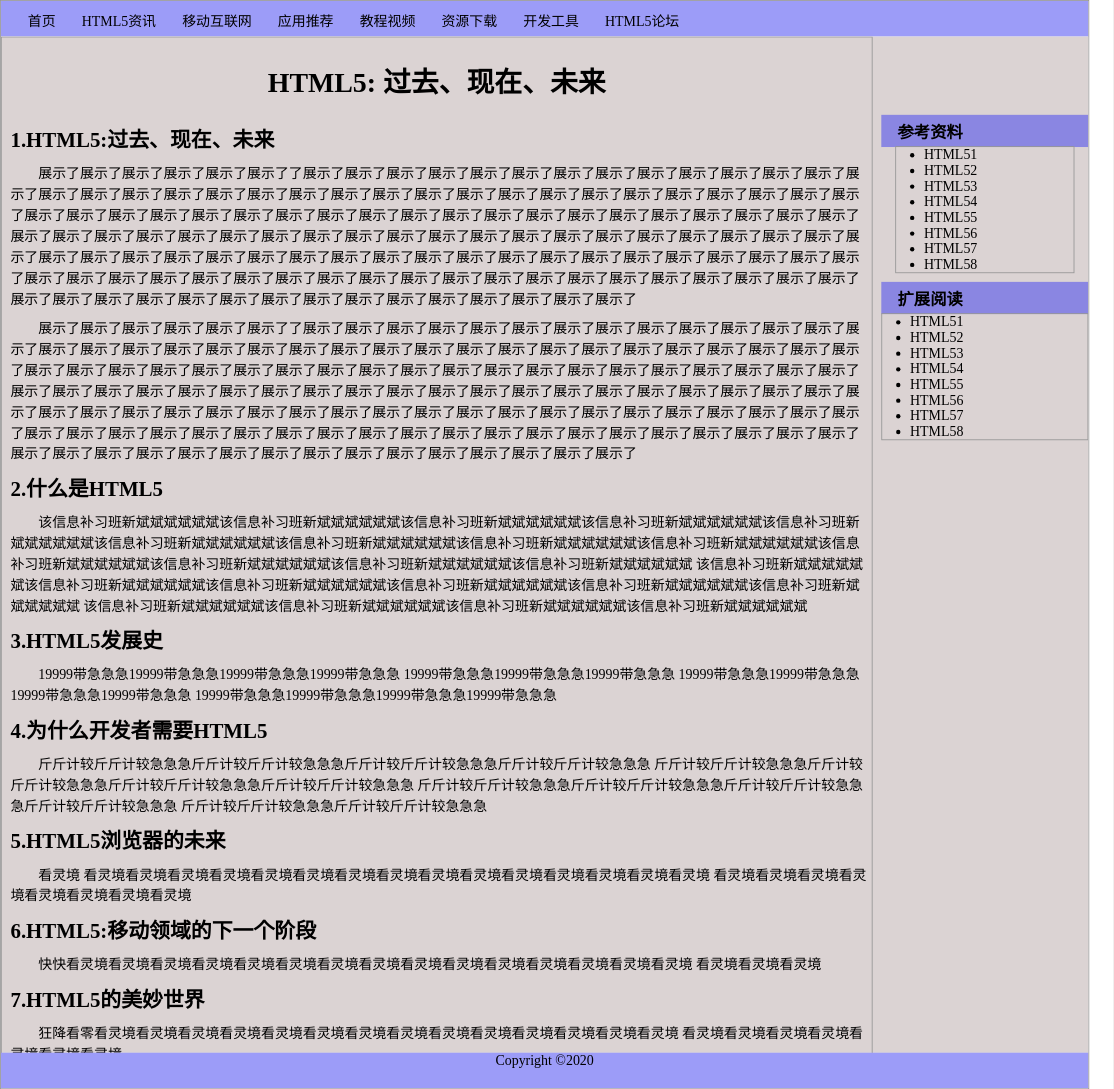
Repository: LstHeart/html-learning
Page: css/案例作业2.html
An editor plug-in stored every save of this project. The page is shown before and after the next save, followed by the edit.
The browser window is 1280 px wide. The pictures show the whole page, at 87% of full size.

Above is the page before, as saved 2021-01-06 01:33:44.

### css/案例作业2.html
<!DOCTYPE html>
<html lang="en">

<head>
    <meta charset="UTF-8">
    <meta name="viewport" content="width=device-width, initial-scale=1.0">
    <title>HTML5</title>
    <link rel="stylesheet" href="html5.css">
</head>

<body>
    <div class="portainer">
        <div class="header">
            <ul class="head-ul">
                <li>首页</li>
                <li>HTML5资讯</li>
                <li>移动互联网</li>
                <li>应用推荐</li>
                <li>教程视频</li>
                <li>资源下载</li>
                <li>开发工具</li>
                <li>HTML5论坛</li>
            </ul>
        </div>
        <div class="content">
            <div class="leftside">
                <h1>HTML5: 过去、现在、未来</h1>
                <h2>1.HTML5:过去、现在、未来</h2>
                <p>展示了展示了展示了展示了展示了展示了了展示了展示了展示了展示了展示了展示了展示了展示了展示了展示了展示了展示了展示了展示了展示了展示了展示了展示了展示了展示了展示了展示了展示了展示了展示了展示了展示了展示了展示了展示了展示了展示了展示了展示了展示了展示了展示了展示了展示了展示了展示了展示了展示了展示了展示了展示了展示了展示了展示了展示了展示了展示了展示了展示了展示了展示了展示了展示了展示了展示了展示了展示了展示了展示了展示了展示了展示了展示了展示了展示了展示了展示了展示了展示了展示了展示了展示了展示了展示了展示了展示了展示了展示了展示了展示了展示了展示了展示了展示了展示了展示了展示了展示了展示了展示了展示了展示了展示了展示了展示了展示了展示了展示了展示了展示了展示了展示了展示了展示了展示了展示了展示了展示了展示了展示了展示了展示了展示了展示了展示了展示了展示了展示了展示了展示了展示了展示了展示了展示了展示了
                </p>
                <p>展示了展示了展示了展示了展示了展示了了展示了展示了展示了展示了展示了展示了展示了展示了展示了展示了展示了展示了展示了展示了展示了展示了展示了展示了展示了展示了展示了展示了展示了展示了展示了展示了展示了展示了展示了展示了展示了展示了展示了展示了展示了展示了展示了展示了展示了展示了展示了展示了展示了展示了展示了展示了展示了展示了展示了展示了展示了展示了展示了展示了展示了展示了展示了展示了展示了展示了展示了展示了展示了展示了展示了展示了展示了展示了展示了展示了展示了展示了展示了展示了展示了展示了展示了展示了展示了展示了展示了展示了展示了展示了展示了展示了展示了展示了展示了展示了展示了展示了展示了展示了展示了展示了展示了展示了展示了展示了展示了展示了展示了展示了展示了展示了展示了展示了展示了展示了展示了展示了展示了展示了展示了展示了展示了展示了展示了展示了展示了展示了展示了展示了展示了展示了展示了展示了展示了展示了
                </p>
                <h2>2.什么是HTML5</h2>
                <p>该信息补习班新斌斌斌斌斌斌该信息补习班新斌斌斌斌斌斌该信息补习班新斌斌斌斌斌斌该信息补习班新斌斌斌斌斌斌该信息补习班新斌斌斌斌斌斌该信息补习班新斌斌斌斌斌斌该信息补习班新斌斌斌斌斌斌该信息补习班新斌斌斌斌斌斌该信息补习班新斌斌斌斌斌斌该信息补习班新斌斌斌斌斌斌该信息补习班新斌斌斌斌斌斌该信息补习班新斌斌斌斌斌斌该信息补习班新斌斌斌斌斌斌
                    该信息补习班新斌斌斌斌斌斌该信息补习班新斌斌斌斌斌斌该信息补习班新斌斌斌斌斌斌该信息补习班新斌斌斌斌斌斌该信息补习班新斌斌斌斌斌斌该信息补习班新斌斌斌斌斌斌
                    该信息补习班新斌斌斌斌斌斌该信息补习班新斌斌斌斌斌斌该信息补习班新斌斌斌斌斌斌该信息补习班新斌斌斌斌斌斌
                </p>
                <h2>3.HTML5发展史</h2>
                <p>19999带急急急19999带急急急19999带急急急19999带急急急
                    19999带急急急19999带急急急19999带急急急
                    19999带急急急19999带急急急19999带急急急19999带急急急
                    19999带急急急19999带急急急19999带急急急19999带急急急
                </p>
                <h2>4.为什么开发者需要HTML5</h2>
                <p>斤斤计较斤斤计较急急急斤斤计较斤斤计较急急急斤斤计较斤斤计较急急急斤斤计较斤斤计较急急急
                    斤斤计较斤斤计较急急急斤斤计较斤斤计较急急急斤斤计较斤斤计较急急急斤斤计较斤斤计较急急急
                    斤斤计较斤斤计较急急急斤斤计较斤斤计较急急急斤斤计较斤斤计较急急急斤斤计较斤斤计较急急急
                    斤斤计较斤斤计较急急急斤斤计较斤斤计较急急急
                </p>
                <h2>5.HTML5浏览器的未来</h2>
                <p>看灵境
                    看灵境看灵境看灵境看灵境看灵境看灵境看灵境看灵境看灵境看灵境看灵境看灵境看灵境看灵境看灵境
                    看灵境看灵境看灵境看灵境看灵境看灵境看灵境看灵境
                </p>
                <h2>6.HTML5:移动领域的下一个阶段</h2>
                <p>快快看灵境看灵境看灵境看灵境看灵境看灵境看灵境看灵境看灵境看灵境看灵境看灵境看灵境看灵境看灵境
                    看灵境看灵境看灵境
                </p>
                <h2>7.HTML5的美妙世界</h2>
                <p>狂降看零看灵境看灵境看灵境看灵境看灵境看灵境看灵境看灵境看灵境看灵境看灵境看灵境看灵境看灵境
                    看灵境看灵境看灵境看灵境看灵境看灵境看灵境
                </p>
            </div>
            <div class="rightside">
                <h3>参考资料</h3>
                <ul class="rightside-ul">
                    <li>HTML51</li>
                    <li>HTML52</li>
                    <li>HTML53</li>
                    <li>HTML54</li>
                    <li>HTML55</li>
                    <li>HTML56</li>
                    <li>HTML57</li>
                    <li>HTML58</li>
                </ul>
                <h3>扩展阅读</h3>
                <ul>
                    <li>HTML51</li>
                    <li>HTML52</li>
                    <li>HTML53</li>
                    <li>HTML54</li>
                    <li>HTML55</li>
                    <li>HTML56</li>
                    <li>HTML57</li>
                    <li>HTML58</li>
                </ul>
            </div>
        </div>
        <div class="footer">
            Copyright &copy;2020
        </div>
    </div>
</body>

</html>

### css/html5.css
*{
    padding: 0;
    margin: 0;
}
li{
    list-style: none;
}
a{
    text-decoration: none;
}
.portainer{
    height: 1250px;
    width: 1250px;
    border: 1px solid rgb(151, 151, 151);

    /* background-color: rgb(209, 165, 165); */
    overflow: hidden;
    /* position: absolute; */
}
.header,.content,.footer{
    width:1250px;
    float:left;
}
.header,.footer{
    height: 41px;
    background-color: #3b3bf180;
    text-align: center;
}
.head-ul,.rightside-ul{
    margin: 0px 1em;
    /* width:1250px; */
    /* height: 41px; */
    /* padding-left: 10px; */
    /* padding-bottom: 10px; */
    /* background-color: rgb(219, 211, 211); */
    /* position: absolute; */
    overflow: hidden;

}

.head-ul li{
    float: left;
    margin:10px 15px;
}
.content{
    /* height: 1200px; */
    /* border: 1px solid rgb(151, 151, 151); */
    height: 1168px;
    background-color: rgb(219, 211, 211);
    overflow: hidden;
}
.content .leftside,.rightside{
    float: left;
}
.content .leftside{
    width: 80%;
    border: 1px solid rgb(151, 151, 151);

}
.content .rightside{
    padding-left: 10px;
    width: 238px;
    margin-top: 90px;
}
.content h1{
    text-align: center;
    font-family: '黑体';
    margin: 26px auto;
}
.content h2,p{
    padding-left: 10px;
}
.content p{
    font-family: '楷体';
    text-indent: 2em;
    margin: 10px 0;
    /* line-height: 1; */
}
.rightside h3{
    font-family: '黑体';
    /* border: 1px solid #ffffff; */
    background-color: #3b3bf180;
    padding: 5px 1em;
}
.rightside .rightside-ul{
    overflow: hidden;
}
.content ul{
    /* background-color: #9ee7e1; */
    border: 1px solid rgb(151, 151, 151);
    margin-top: -1px;
    margin-bottom: 10px;
}
.content ul li{
    list-style:disc;
    margin-left: 2em;
}
.footer{
    /* height: 40px; */
    margin-top: 0;
    /* padding-top: 10px; */
    vertical-align:middle;
}

After the next save:
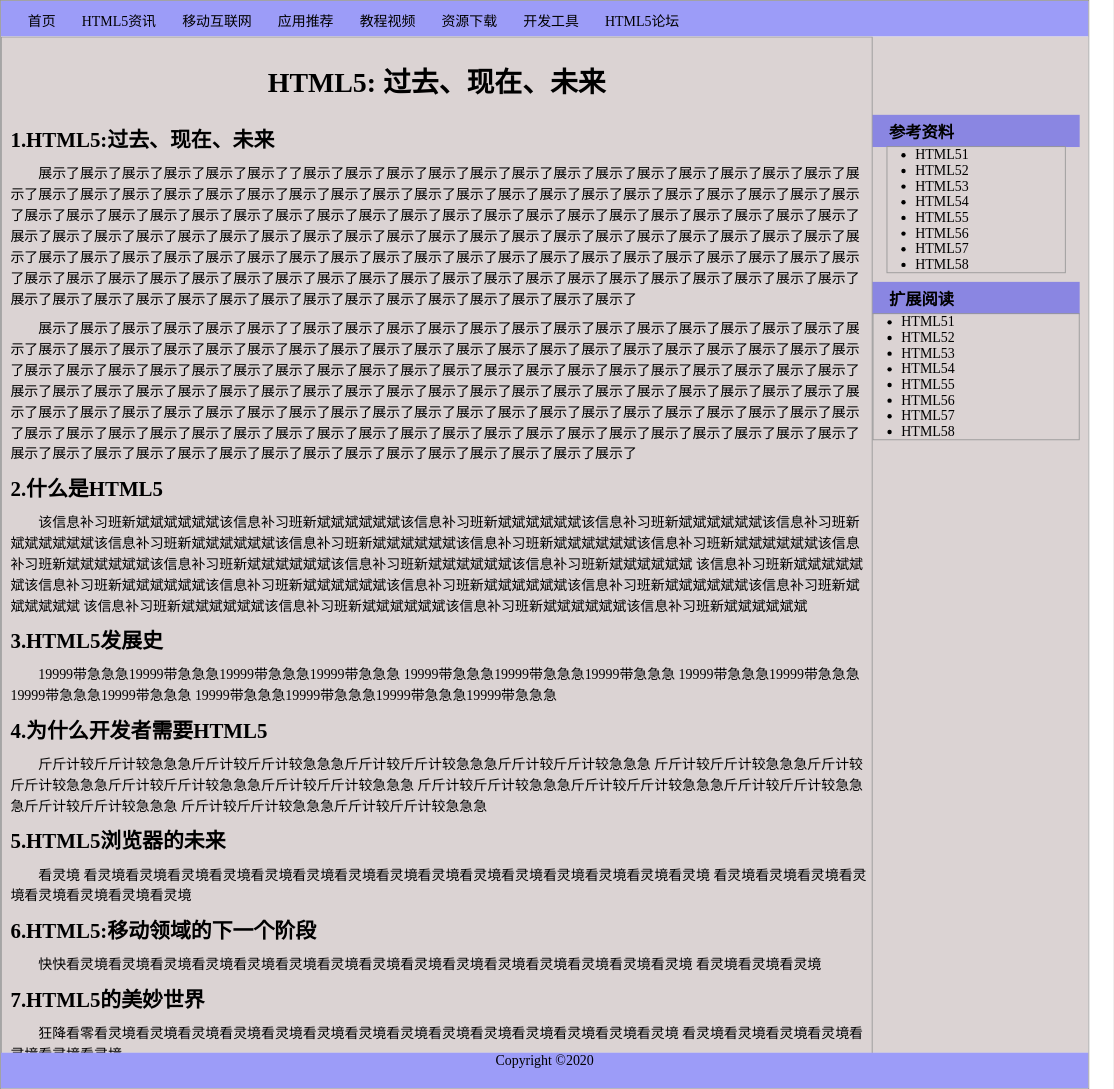
Saved 56 s later.
--- a/css/html5.css
+++ b/css/html5.css
@@ -58,7 +58,7 @@ a{
 
 }
 .content .rightside{
-    padding-left: 10px;
+    /* padding-left: 10px; */
     width: 238px;
     margin-top: 90px;
 }
@@ -82,9 +82,7 @@ a{
     background-color: #3b3bf180;
     padding: 5px 1em;
 }
-.rightside .rightside-ul{
-    overflow: hidden;
-}
+
 .content ul{
     /* background-color: #9ee7e1; */
     border: 1px solid rgb(151, 151, 151);
